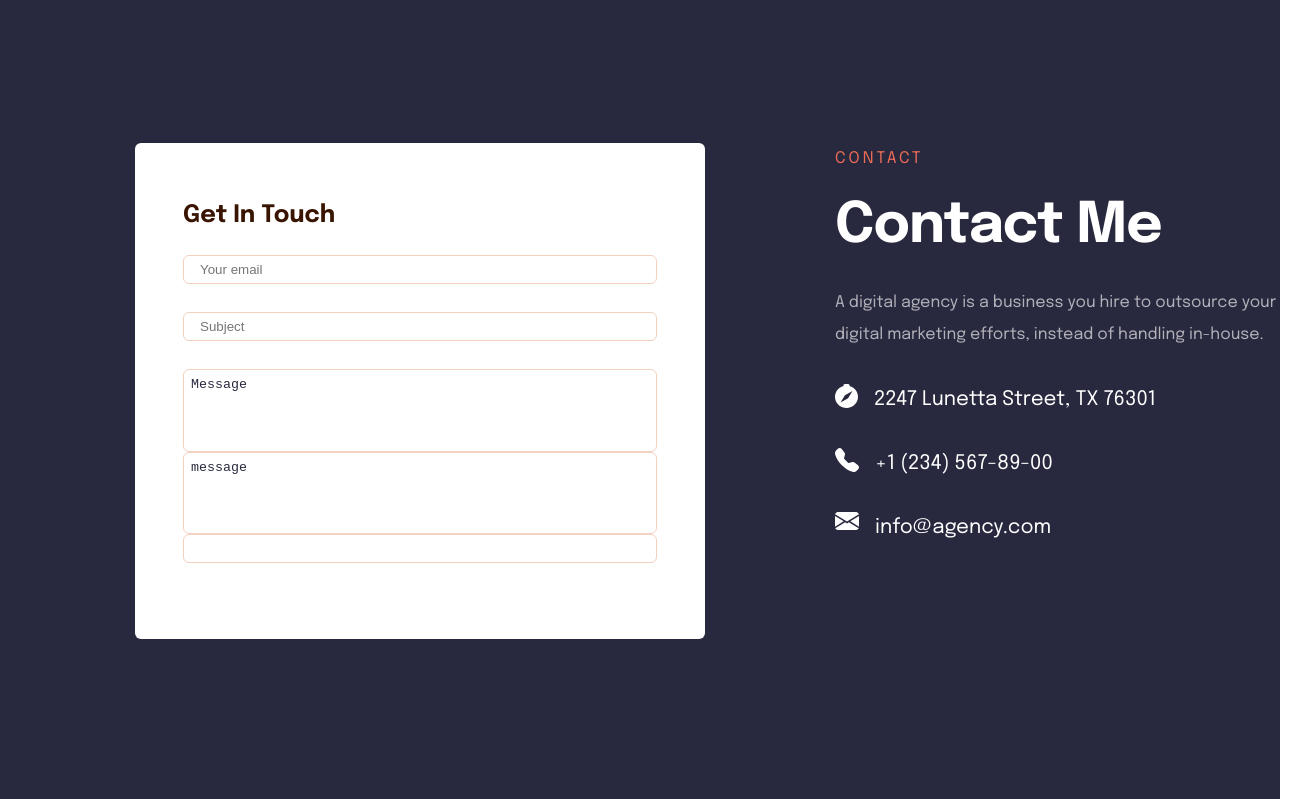
Repository: FaridRustamov09/task20
Page: index.html
These files come from the project's save history. The page is drawn as it stood at one moment and after a run of saves; the edit follows.
The browser window is 1280 px wide. The page is 1305 px wide, so the pictures cover 1305 px, including what lies to the right of the window. The pictures show the whole page.

Above is the page before, as saved 2024-01-13 14:35:06.

After the next 3 saves:
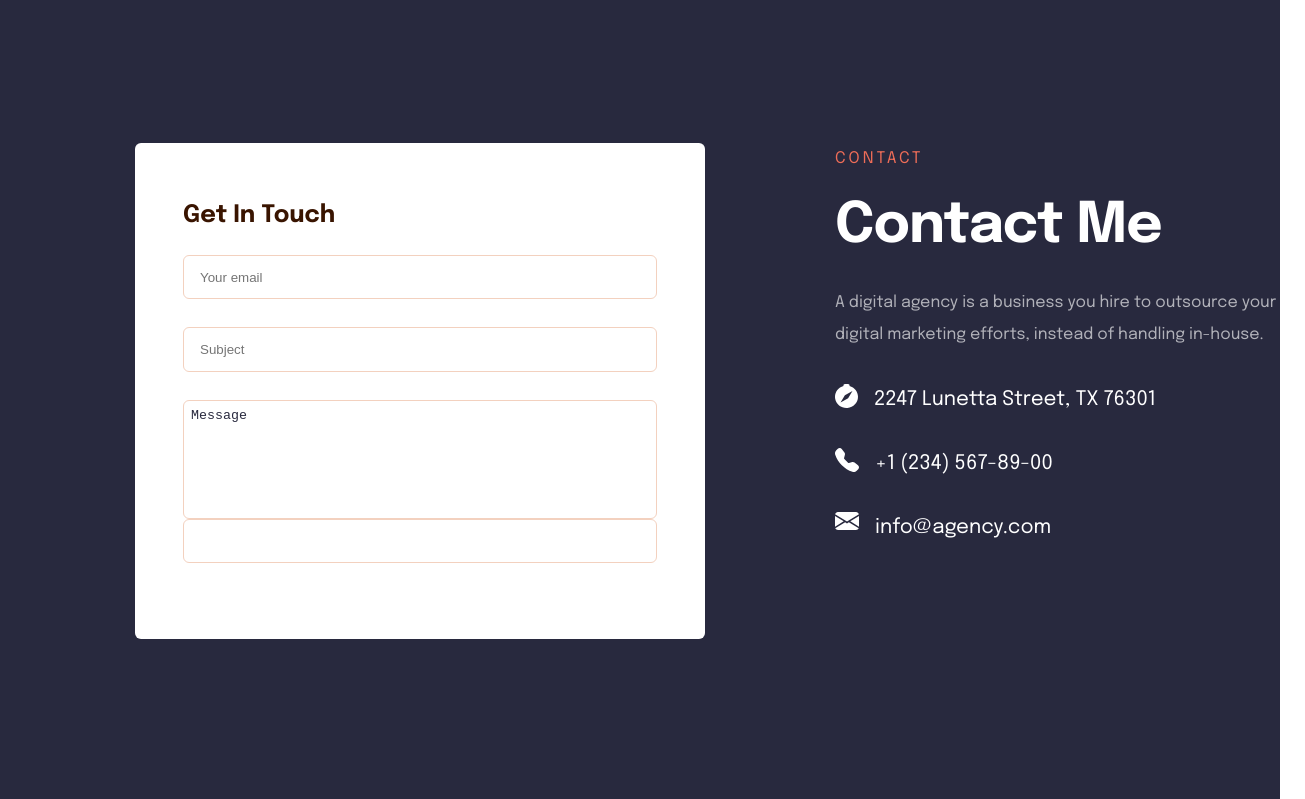
The 3 saves are shown as one change because they came seconds apart.
The last was saved 45 s later.
--- a/index.html
+++ b/index.html
@@ -19,7 +19,6 @@
       </label> -->
         <input type="text" placeholder="Subject" />
         <textarea name="" id=""  placeholder="Message" ></textarea>
-        <textarea name="" id="" placeholder="message"></textarea>
         <input class="button" type="button" placeholder="Submit Now" />
       </div>
       <div class="left-box">
